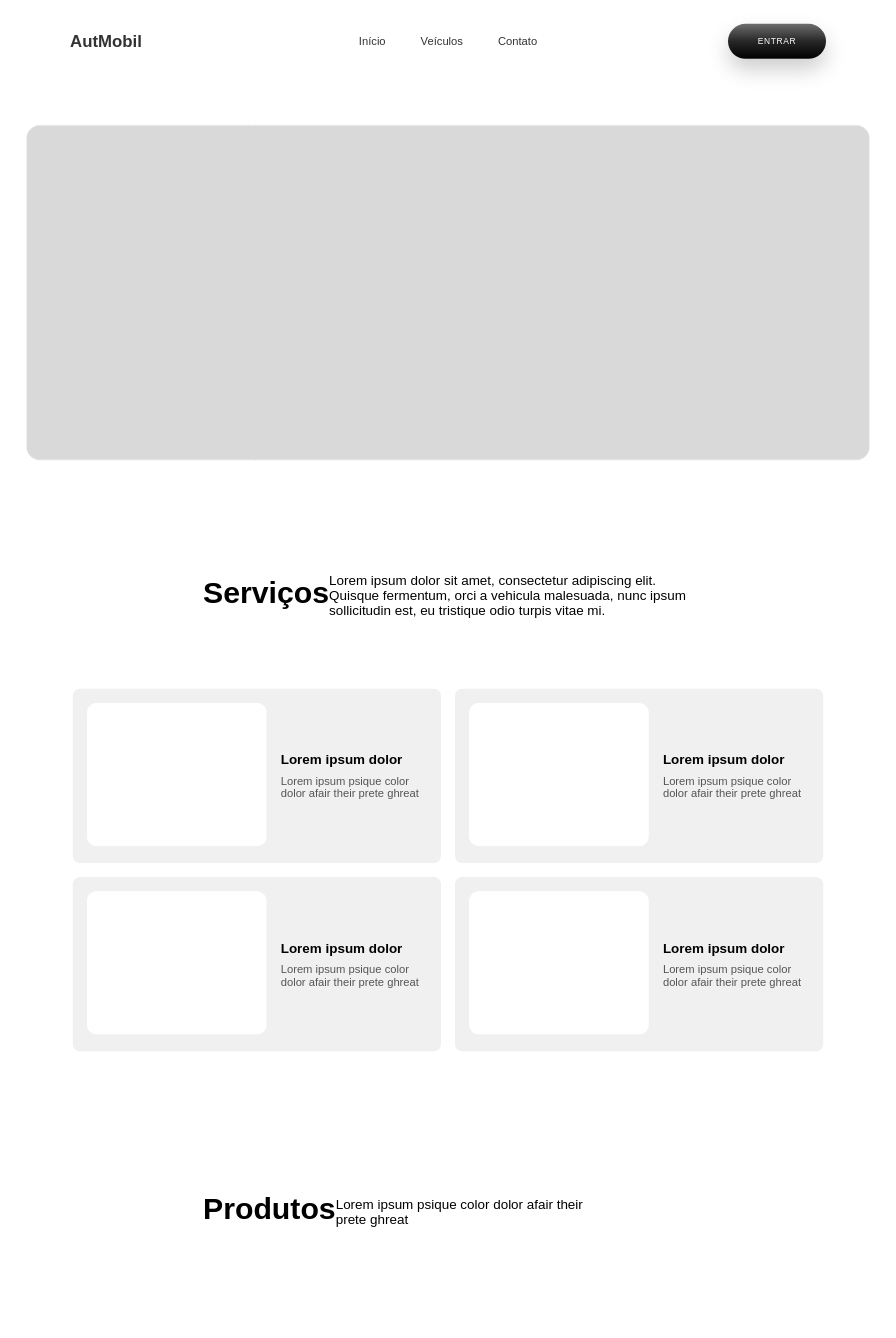
Repository: Matheus904-12/Reforma
Page: index.html
The author's editor kept a copy of each file at every save. The page is drawn from the files as they stood at one save, then again after the next save.
The browser window is 1280 px wide. The pictures show the whole page, at 70% of full size.

Above is the page before, as saved 2024-08-01 10:43:16.

After the next save:
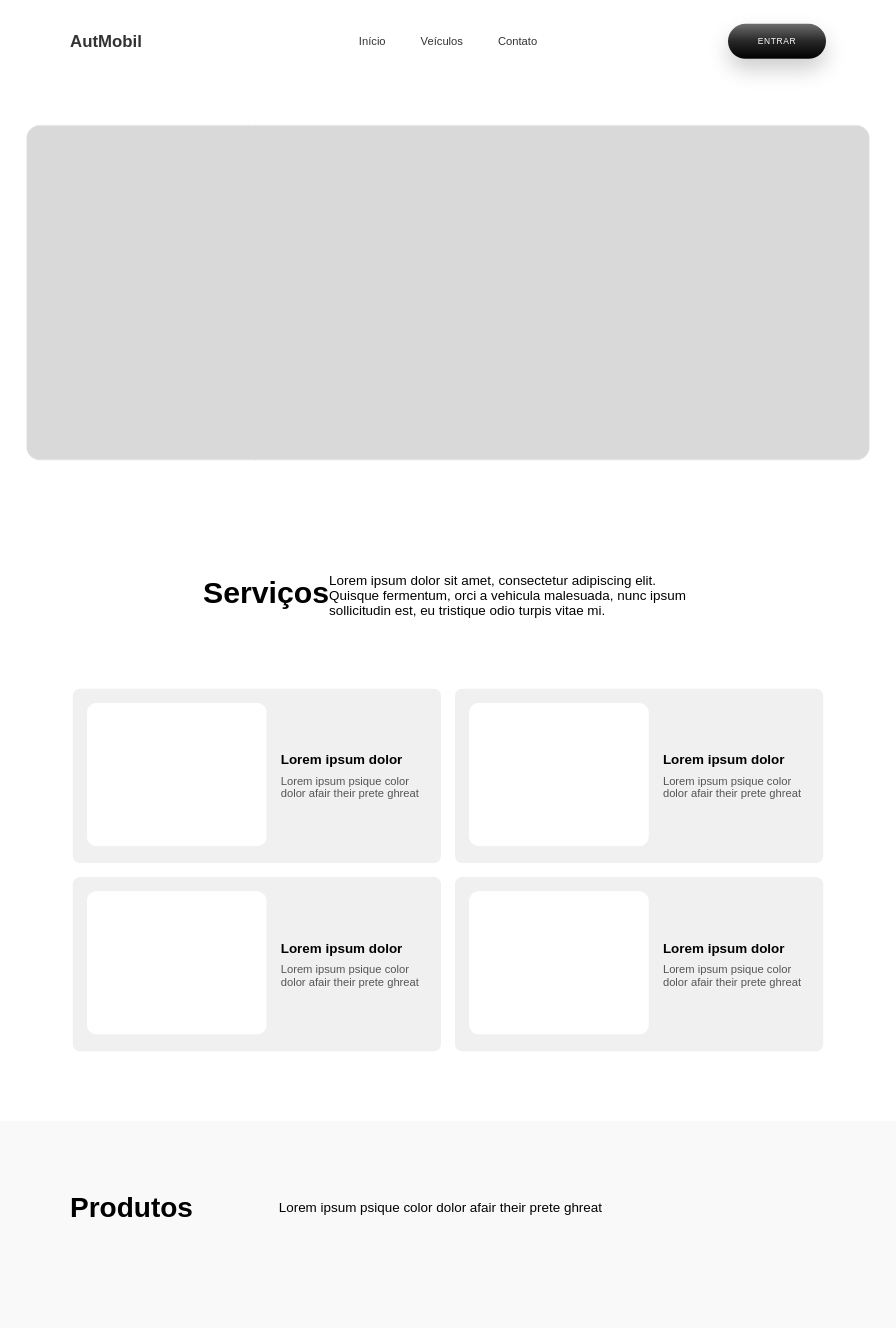
Saved 15 s later.
--- a/index.html
+++ b/index.html
@@ -60,7 +60,7 @@
             </div>
         </div>
     </section>
-    <section class="servicos">
+    <section class="produtos">
         <div class="produtos-header">
             <h2>Produtos</h2>
             <p class="description2">Lorem ipsum psique color dolor afair their prete ghreat</p>
